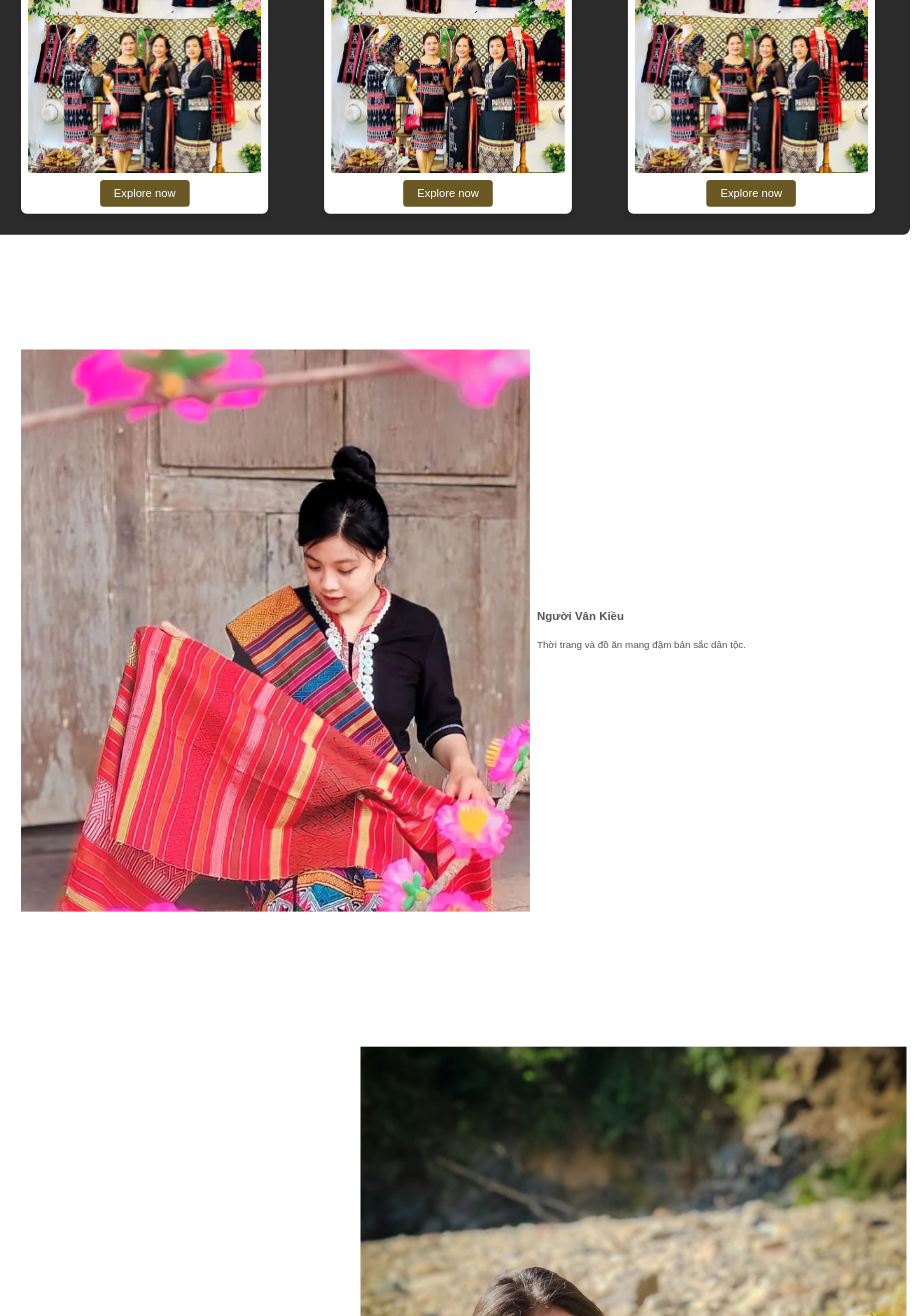
Repository: DangVai/LocalProduct
Page: Views/frontend/test.html
These files come from the project's save history. The page is drawn as it stood at one moment and after the next save; the edit follows.
The browser window is 1280 px wide. The page is 1310 px wide, so the pictures cover 1310 px, including what lies to the right of the window. The pictures show the part of the page from y = 1055 to 2935 px (the page is 3650 px tall before and 2731 px after), at 70% of full size.
Pictures or frames that could not be fetched are drawn as grey boxes.

Above is the page before, as saved 2024-12-19 10:37:06.

### Views/frontend/test.html
<!DOCTYPE html>
<html lang="en">

<head>
    <meta charset="UTF-8">
    <meta name="viewport" content="width=device-width, initial-scale=1.0">
    <title>Dynamic Banner</title>
    <style>
        body {
            margin: 0;
            font-family: Arial, sans-serif;
        }

        .container-Home {
            background-color: white;
            width: 100%;
            min-height: 100vh;
            display: flex;
            flex-direction: column;
            align-items: center;
        }

        .text-run {
            width: 100%;
            height: 50px;
            overflow: hidden;
            background: rgb(113, 74, 74);
            white-space: nowrap;
            box-sizing: border-box;
            margin-bottom: 0px;
            text-align: center;
        }

        .text-run span {
            display: inline-block;
            padding-left: 100%;
            animation: marquee 10s linear infinite;
            font-size: 15px;
            padding-top: 18px;
            font-weight: bold;
            color: white;
        }

        @keyframes marquee {
            0% {
                transform: translateX(0);
            }
            100% {
                transform: translateX(-100%);
            }
        }

        .banner {
            position: relative;
            width: 100%;
            height: 600px;
            display: flex;
            justify-content: center;
            align-items: center;
        }

        .banner img {
            width: 100%;
            height: 100%;
            object-fit: cover;
            box-shadow: 10px 10px 15px rgba(0, 0, 0, 0.5);
        }

        .img-sliders {
            width: 100%;
            height: 250px;
            margin-top: 20px;
            margin-bottom: 20px;
            display: flex;
            justify-content: space-between;
            gap: 15px;
        }

        .slider-container {
            flex: 1;
            overflow: hidden;
            border: 2px solid #ddd;
            border-radius: 10px;
        }

        .slides {
            display: flex;
            transition: transform 0.5s ease-in-out;
        }

        .slide {
            width: 100%;
            flex-shrink: 0;
            object-fit: cover;
        }

        .header {
            top: 0;
            left: 0;
            display: flex;
            width: 100%;
            height: 200px;
            align-items: center;
            position: fixed;
            z-index: 4;
            box-shadow: 0 6px 8px rgba(0, 0, 0, 0.1);
            background-color: white;
        }

        .box_logo {
            width: 20%;
            display: flex;
            align-items: center;
        }

        .box_logo img {
            position: absolute;
            top: 10px;
            left: 30px;
            width: 170px;
            height: 160px;
            z-index: 10;
            margin-right: 100px;
        }

        .nav {
            width: 40%;
            height: 45%;
            display: flex;
            margin-right: 200px;
            justify-content: center;
            align-items: center;
            justify-content: space-evenly;
            border-radius: 10px;
            font-size: 40px;
            color: black;
            box-shadow: 0 6px 8px rgba(0, 0, 0, 0.1);
            background-color: rgba(163, 116, 116, 0.667);
        }

        .nav p {
            cursor: pointer;
        }

        .nav p:hover {
            font-size: 30px;
        }
        /* Sreach  */

        .searchHome {
            display: flex;
            align-items: center;
            justify-content: center;
            background-color: white;
            border: 2px black solid;
            box-shadow: 0 6px 8px rgba(0, 0, 0, 0.1);
            padding: 10px;
            border-radius: 20px;
            width: 450px;
            height: 20%;
        }

        .searchInput {
            flex: 1;
            border: none;
            padding: 5px 10px;
            font-size: 30px;
            outline: none;
        }

        .searchButton {
            border: none;
            background-color: #ffffff;
            color: white;
            padding: 5px 15px;
            border-radius: 0 5px 5px 0;
            cursor: pointer;
            height: 40px;
            width: 40px;
        }

        .searchButton:hover {
            background-color: #fcfeff;
        }
        /* end search */

        .account {
            width: 4%;
            display: flex;
            align-items: center;
            justify-content: center;
        }

        .box-account {
            border: 2px solid rgb(6, 6, 6);
            width: 70px;
            height: 50px;
            display: flex;
            align-items: center;
            justify-content: center;
            border-radius: 50%;
            margin-left: 100px;
        }

        .box-account i {
            font-size: 35px;
            color: white;
            cursor: pointer;
        }

        a {
            text-decoration: none;
            color: #fff;
        }

        .categories {
            width: 100%;
            display: flex;
            justify-content: space-between;
            gap: 20px;
            margin: 20px;
            background-color: #2b2b2b;
            padding: 20px;
            border-radius: 10px;
        }

        .page {
            flex: 1;
            background-color: white;
            border-radius: 8px;
            padding: 10px;
            margin: 10px 30px 10px 30px;
            box-shadow: 0 4px 8px rgba(0, 0, 0, 0.1);
            text-align: center;
        }

        .page p {
            font-size: 20px;
            font-weight: bold;
            margin-bottom: 10px;
            color: #6b5925;
        }

        .slider {
            position: relative;
            display: flex;
            align-items: center;
            margin-bottom: 10px;
        }

        .images {
            display: flex;
            overflow: hidden;
            width: 100%;
            gap: 25px;
        }

        .images img {
            width: 100%;
            height: 250px;
            /* margin-left: 0px; */
            object-fit: cover;
            border-radius: 5px;
        }

        button.explore-btn {
            background-color: #6b5925;
            color: white;
            border: none;
            padding: 10px 20px;
            font-size: 16px;
            border-radius: 5px;
            cursor: pointer;
        }

        button.explore-btn a {
            text-decoration: none;
            color: white;
        }

        button.explore-btn:hover {
            background-color: #52451d;
        }

        button.prev:hover,
        button.next:hover {
            background-color: #52451d;
        }
        /* Giới thiệu : */
        /* Bố cục chính */

        .introduce {
            margin-top: 50px;
            width: 100%;
            height: 1000px;
            display: flex;
            flex-direction: column;
            /* gap: 50px; */
            padding: 20px;
            margin-bottom: 50px;
        }

        .vk,
        .pc {
            height: 700px;
            width: 100%;
            display: flex;
            flex-direction: row;
            align-items: center;
            justify-content: center;
            flex: 1;
            margin-left: 30px;
            margin-bottom: 50px;
        }
        /* .content {
            height: 700px;
            width: 100%;
            display: flex;
            flex-direction: row;
            align-items: center;
            justify-content: center;
            flex: 1;
            margin-left: 30px;
            /* gap: 100px */

        */ .content img {
            width: 500px;
            height: 300px;
            border-radius: 10%;
            border: 2px solid #3498db;
            object-fit: cover;
        }
        /* Gạch dọc */

        .content .gach {
            width: 2px;
            height: 200px;
            background-color: #070707;
        }
        /* Văn bản giới thiệu */

        .vk-text,
        .pc-text {
            flex: 1;
            padding: 0 10px;
            text-align: left;
        }

        .vk-text,
        .pc-text h3 {
            font-size: 18px;
            color: #2c3e50;
            margin: 0 0 5px;
        }

        .vk-text,
        .pc-text p {
            font-size: 14px;
            color: #555;
            line-height: 1.6;
        }
        /* Đảm bảo các phần cân đối */

        .vk,
        .pc {
            height: 120px;
        }
    </style>
</head>

<body>

    <div class="header">
        <!-- Logo -->
        <div class="box_logo">
            <img src="/public/images/logo.jpg" alt="logo">
        </div>

        <!-- Navigation Menu -->
        <div class="nav">
            <p><b>Home</b></p>
            <p><b>Thời Trang</b></p>
            <p><b>Ẩm thực</b></p>
            <p><b>Khác</b></p>
        </div>

        <!-- Search -->
        <div class="searchHome">
            <input type="text" placeholder="Tìm kiếm..." class="searchInput">
            <button class="searchButton">
                🔍
    </button>
        </div>

        <!-- User Account -->
        <div class="account">
            <div class="box-account">
                <i class="fa-regular fa-user"></i>
            </div>
        </div>

        <!-- User Name and Dropdown Menu -->
        <div class="name-user">
            <p>
                <p>John Doe</p>
            </p>
            <div class="dropdown-menu" id="account-menu">
                <div>
                    <a href="#"><i class="fas fa-user fa-sm fa-fw mr-2 text-gray-400"></i> Profile</a>
                </div>

                <div>
                    <a href="#"><i class="fas fa-sign-in-alt fa-sm fa-fw mr-2 text-gray-400"></i> Log in</a>
                </div>
                <div>
                    <a href="#"><i class="fas fa-sign-out-alt fa-sm fa-fw mr-2 text-gray-400"></i> Log out</a>
                </div>
            </div>
        </div>
    </div>

    <div class="container-Home">
        <!-- Chữ chạy -->
        <div class="text-run">
            <span>Chào mừng bạn đến với cửa hàng thời trang Vân Kiều và Pa Cô! Khám phá các sản phẩm đặc sắc ngay hôm nay!</span>
        </div>

        <!-- Banner -->
        <div class="banner">
            <img src="/public/images/Vân Kiều - Pa Cô.png" alt="Banner">
        </div>

        <!-- Các mục hình ảnh -->
        <div class="img-sliders">
            <!-- Slider 1 -->
            <div class="slider-container">
                <div class="slides" id="slider1">
                    <img src="/public/images/R.jpg" class="slide" alt="Slide 1">
                    <img src="/public/images/slide2.jpg" class="slide" alt="Slide 2">
                    <img src="/public/images/slide3.jpg" class="slide" alt="Slide 3">
                </div>
            </div>

            <!-- Slider 2 -->
            <div class="slider-container">
                <div class="slides" id="slider2">
                    <img src="/public/images/slide3.jpg" class="slide" alt="Slide 1">
                    <img src="/public/images/R.jpg" class="slide" alt="Slide 2">
                    <img src="/public/images/slide2.jpg" class="slide" alt="Slide 3">
                </div>
            </div>

            <!-- Slider 3 -->
            <div class="slider-container">
                <div class="slides" id="slider3">
                    <img src="/public/images/slide2.jpg" class="slide" alt="Slide 1">
                    <img src="/public/images/slide3.jpg" class="slide" alt="Slide 2">
                    <img src="/public/images/R.jpg" class="slide" alt="Slide 3">
                </div>
            </div>
        </div>
        <div class="categories">
            <div class="page">
                <p>National Costume</p>
                <div class="slider">
                    <div class="images">
                        <img src="/public/images/slide2.jpg" alt="Costume 1">
                    </div>
                </div>
                <button class="explore-btn"><a href="#">Explore now</a></button>
            </div>
            <div class="page">
                <p>Cuisine</p>
                <div class="slider">
                    <div class="images">
                        <img src="/public/images/slide2.jpg" alt="Cuisine 1">
                    </div>
                </div>
                <button class="explore-btn"><a href="#">Explore now</a></button>
            </div>
            <div class="page">
                <p>Other Products</p>
                <div class="slider">
                    <div class="images">
                        <img src="/public/images/slide2.jpg" alt="Other 1">
                    </div>
                </div>
                <button class="explore-btn"><a href="#">Explore now</a></button>
            </div>
        </div>
        <div class="introduce">
            <div class="vk">

                <img src="/public/images/Chị Huyền.jpg" alt="Người Vân Kiều" class="vkimg">
                <div class="gach"></div>
                <div class="vk-text">
                    <h3>Người Vân Kiều</h3>
                    <p>Thời trang và đồ ăn mang đậm bản sắc dân tộc.</p>
                </div>
            </div>
        </div>
        <div class="pc">

            <div class="pc-text">
                <h3>Người Pa Cô</h3>
                <p>Thời trang và đồ ăn phản ánh văn hóa truyền thống.</p>
            </div>
            <div class="gach"></div>
            <img src="/public/images/khánh Huyền.jpg" alt="Người Pa Cô" class="pcimg">


        </div>
    </div>
    </div>

    </div>


    <script>
        function autoSlide(sliderId) {
            const slides = document.querySelector(`#${sliderId}`);
            const totalSlides = slides.children.length;
            let currentSlide = 0;

            setInterval(() => {
                currentSlide = (currentSlide + 1) % totalSlides;
                const offset = -currentSlide * 100;
                slides.style.transform = `translateX(${offset}%)`;
            }, 3000); // Thay đổi ảnh sau mỗi 3 giây
        }

        autoSlide('slider1');
        autoSlide('slider2');
        autoSlide('slider3');
    </script>
</body>

</html>

After the next save:
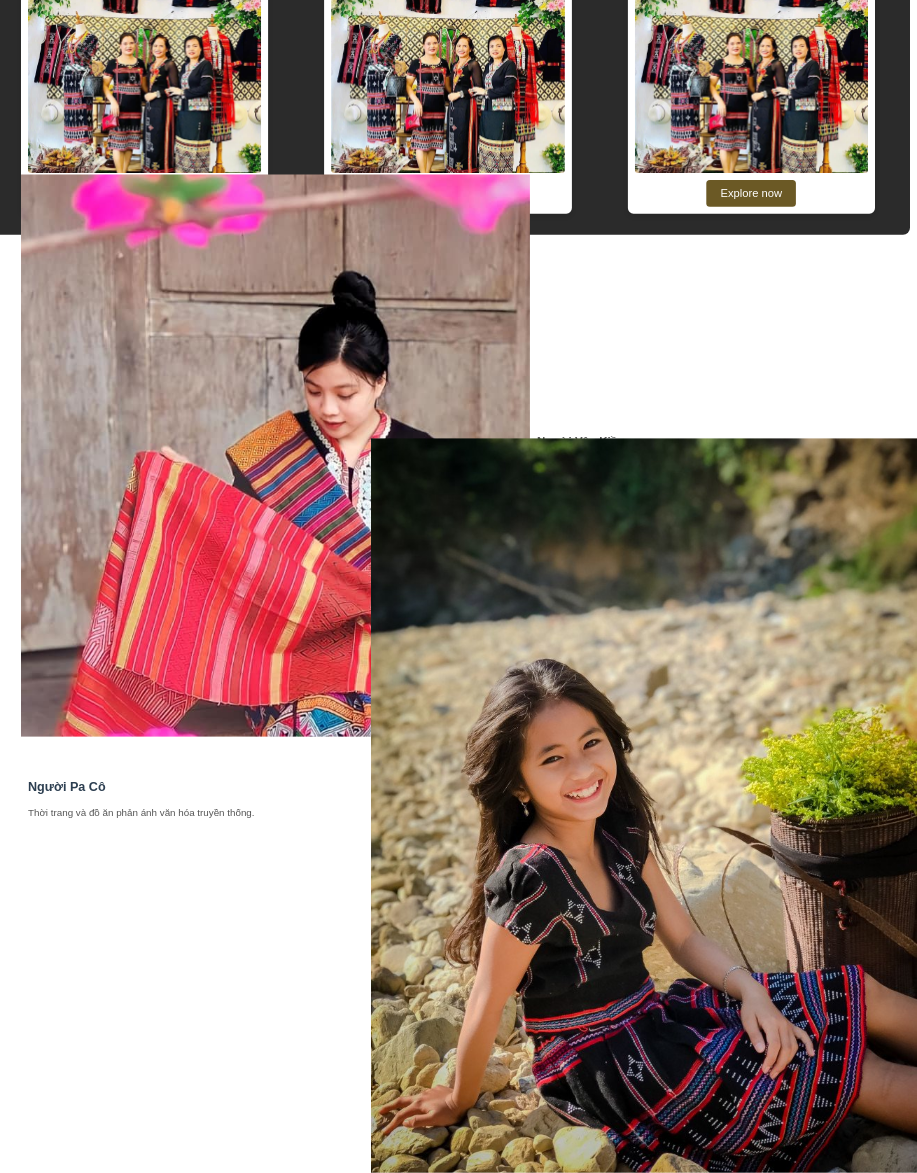
Saved 4 s later.
--- a/Views/frontend/test.html
+++ b/Views/frontend/test.html
@@ -497,20 +497,20 @@
                     <h3>Người Vân Kiều</h3>
                     <p>Thời trang và đồ ăn mang đậm bản sắc dân tộc.</p>
                 </div>
-            </div>
-        </div>
-        <div class="pc">
-
-            <div class="pc-text">
-                <h3>Người Pa Cô</h3>
-                <p>Thời trang và đồ ăn phản ánh văn hóa truyền thống.</p>
-            </div>
-            <div class="gach"></div>
-            <img src="/public/images/khánh Huyền.jpg" alt="Người Pa Cô" class="pcimg">
-
-
-        </div>
-    </div>
+
+            </div>
+            <div class="pc">
+
+                <div class="pc-text">
+                    <h3>Người Pa Cô</h3>
+                    <p>Thời trang và đồ ăn phản ánh văn hóa truyền thống.</p>
+                </div>
+                <div class="gach"></div>
+                <img src="/public/images/khánh Huyền.jpg" alt="Người Pa Cô" class="pcimg">
+
+
+            </div>
+        </div>
     </div>
 
     </div>
